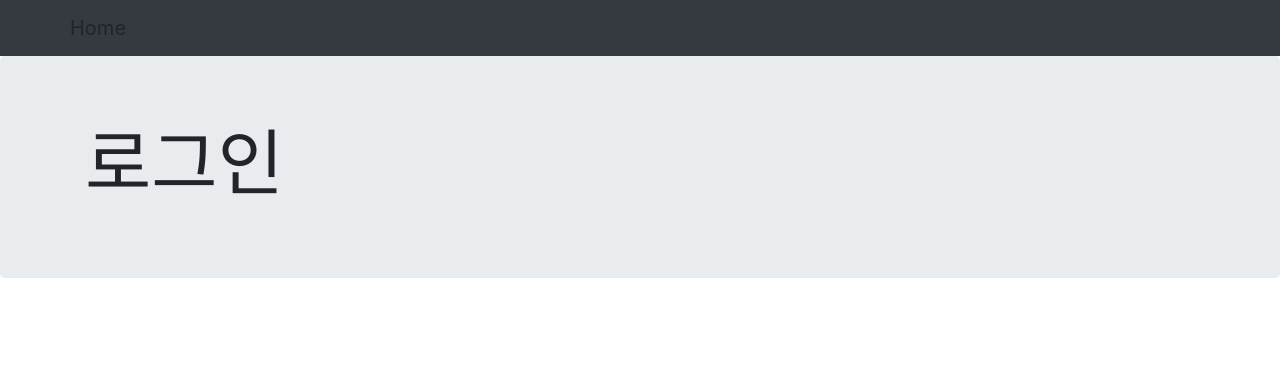
Repository: ramperrit/JSP
Page: http://localhost/WebMarket/login.jsp
An editor plug-in stored every save of this project. The page is shown before and after a run of saves, followed by the edit.
The browser window is 1280 px wide. The pictures show the whole page.
The page is served by Tomcat 9. Other server files are loaded and not shown.

Above is the page before, as saved 2024-02-28 01:46:12.

### WebMarket/src/main/webapp/login.jsp
<%@ page language="java" contentType="text/html; charset=utf-8"%>
<html>
<head>
<link rel = "stylesheet" href = "./resources/css/bootstrap.min.css" />
<title>Login</title>
</head>
<body>
	<jsp:include page="menu.jsp"/>
	<div class="jumbotron">
		<div class="container">
			<h1 class="display-3">로그인</h1>
		</div>
	</div>
</body>
</html>

### WebMarket/src/main/webapp/menu.jsp
<nav class = "navbar navbar-expand navbar-dark bg-dark">
		<div class = "container">
			<div class = "navbar-header">
				<a class = "navbar-brand" herf="./Welcome.jsp">Home</a>
			</div>
		</div>
	</nav>

Loaded but not shown: WebMarket/src/main/webapp/resources/css/bootstrap.min.css (library)

After the next 2 saves:
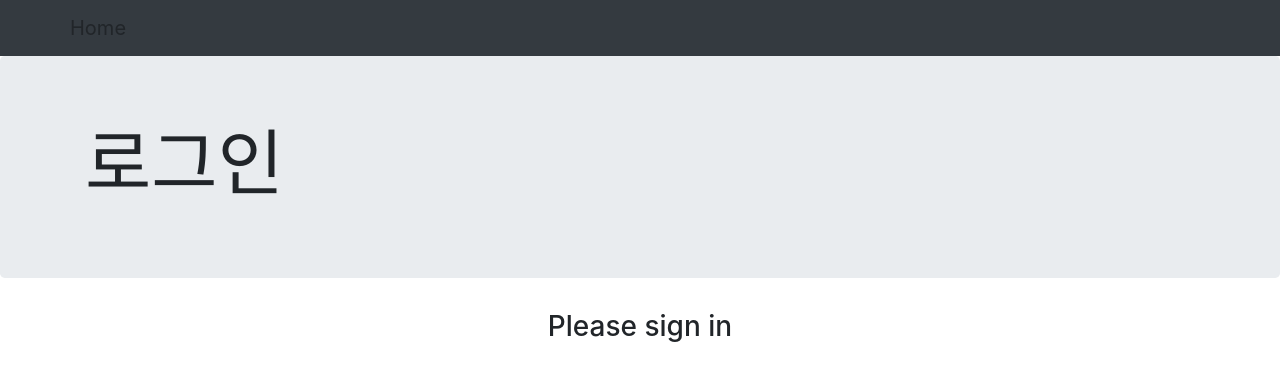
The 2 saves are shown as one change because they came seconds apart.
The last was saved 3 min 7 s later.
--- a/WebMarket/src/main/webapp/login.jsp
+++ b/WebMarket/src/main/webapp/login.jsp
@@ -11,5 +11,19 @@
 			<h1 class="display-3">로그인</h1>
 		</div>
 	</div>
+	<div class="container" align="center">
+		<div class="col-md-4 col-md-offset-4">
+			<h3 class="form-signin-heading">Please sign in</h3>
+			<%
+				String error = request.getParameter("error");
+			if(error != null){
+				out.println("<div class='alert alert-danger'>");
+				out.println("아이디와 비밀번호를 확인해주세요.");
+				out.println("</div>");
+			}
+			%>
+		</div>
+
+	</div>
 </body>
 </html>
